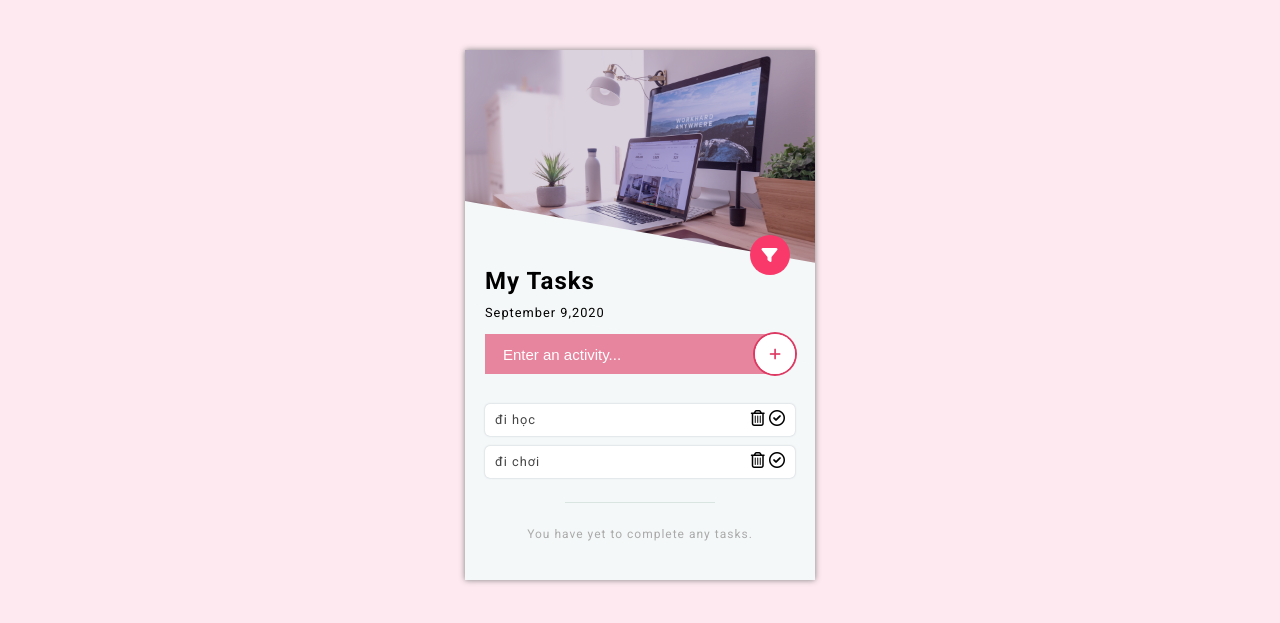
Repository: phongthanhh/JS-ToDoList
Page: index.html
The author's editor kept a copy of each file at every save. The page is drawn from the files as they stood at one save, then again after the next save.
The browser window is 1280 px wide. The pictures show the whole page.

Above is the page before, as saved 2022-12-20 14:23:39.

### index.html
<!DOCTYPE html>
<html lang="en">

<head>
    <meta charset="UTF-8">
    <meta name="viewport" content="width=device-width, initial-scale=1.0">
    <meta http-equiv="X-UA-Compatible" content="ie=edge">
    <title>Document</title>

    <link href="https://fonts.googleapis.com/css?family=Roboto:300,400,700&display=swap" rel="stylesheet">
    <link rel="stylesheet" href="https://cdnjs.cloudflare.com/ajax/libs/font-awesome/6.2.1/css/all.min.css" integrity="sha512-MV7K8+y+gLIBoVD59lQIYicR65iaqukzvf/nwasF0nqhPay5w/9lJmVM2hMDcnK1OnMGCdVK+iQrJ7lzPJQd1w==" crossorigin="anonymous" referrerpolicy="no-referrer" />

    <link rel="stylesheet" href="./css/style.css">
</head>

<body>

    <div class="card">
        <div class="card__header">
            <img src="./img/X2oObC4.png" />
        </div>
        <!-- <h2>hello!</h2> -->
        <div class="card__body">
            <div class="filter-btn">
                <a id="one" href="#"><i class="fa fa-check-circle"></i></a>
                <a id="two" href="#"><i class="fa fa-sort-alpha-down"></i></a>
                <a id="three" href="#"><i class="fa fa-sort-alpha-up"></i></a>
                <a id="all" href="#"><i class="fa fa-clock"></i></a>
                <span class="toggle-btn">
                    <i class="fa fa-filter"></i>
                    <i class="fa fa-times"></i>
                </span>
            </div>
            <div class="card__content">
                <div class="card__title">
                    <h2>My Tasks</h2>
                    <p>September 9,2020</p>

                </div>
                <div class="card__add">
                    <input id="newTask" type="text" placeholder="Enter an activity...">
                    <button id="addItem">
                        <i class="fa fa-plus"></i>
                    </button>
                </div>
                <div class="card__todo">
                    <!-- Uncompleted tasks -->
                    <ul class="todo" id="todo"></ul>
                    <!-- Completed tasks -->
                    <ul class="todo" id="completed"></ul>
                </div>

            </div>

        </div>


    </div>

    <script src="https://code.jquery.com/jquery-3.4.1.js"
        integrity="sha256-WpOohJOqMqqyKL9FccASB9O0KwACQJpFTUBLTYOVvVU=" crossorigin="anonymous"></script>

    <script>
        $(function () {
            $('.toggle-btn').click(function () {
                $('.filter-btn').toggleClass('open');

            });

            $('.filter-btn a').click(function () {
                $('.filter-btn').removeClass('open');

            });

        });
    </script>

    <!-- <script src="./js/ToDo.js"></script>
    <script src="./js/ToDoList.js"></script> -->
    <script type="module" src="./js/main.js"></script>




</body>

</html>

### css/style.css


body {
  font-family: 'Roboto', sans-serif;
  background-color: #FEE9F0;
  font-size: 16px;
}

*{
  margin: 0;
  padding: 0;
  box-sizing: border-box;
}

.card {
  margin: 50px auto;
  background-color: #f5f8f9;
  /* height: 430px; */
  width: 350px;
  box-shadow: 0 0 6px grey;
  overflow: hidden;
  line-height: 2rem;
  letter-spacing: 1px;
}


.card__header {
  height: 215px;
  overflow: hidden;
  position: relative;
}

.card__header img{
  width: 100%;
}

.card__header::after {
  content: '';
  position: absolute;
  left: 0;
  top: 0;
 width: 100%;
 height: 100%;
  background: rgba(71, 32, 84, 0.2);
}

.card__body{
  position: relative;
}
.card__body::before{
  content: '';
  position: absolute;
  top: -35px;
  left: -50px;
  background-color: #f5f8f9;
  height: 100px;
  width: 120%;
  display: block;
  transform: rotate(10deg);

}

.card__content{
  position: relative;
  padding: 0 20px;

}

.card__title p{
  font-size: 0.8rem;
}

/* Filler Button */
.filter-btn {
  position: absolute;
  z-index: 2;
  right: 0;
  width: 40px;
  height: 40px;
  transition: all 0.4s ease-in-out 0s;
}

.filter-btn span i{
  width: 40px;
  height: 40px;
  background: #FA396B;
  display: block;
  position: absolute;
  right: 25px;
  top: -30px;
  text-align: center;
  color: #fff;
  line-height: 40px;
  border-radius: 50%;
  font-size: 1rem;
  z-index: 999;
}
span.toggle-btn:hover{
      cursor: pointer;
}
.filter-btn a {
  position: absolute;
  width: 40px;
  height: 40px;
  line-height: 40px;
  text-align: center;
  right: 25px;
  display: block;
  top: -30px;
  color: #fff;
  z-index: 99;
  font-size: 1.2rem;
  transition: all .4s cubic-bezier(.68, 1, .265, 1)
}

.filter-btn:after {
  height: 150px;
    width: 150px;
    content: '';
    background-color: #FA396B;
    position: absolute;
    top: -86px;
    right: -35px;
    border-radius: 50%;
    transform: scale(0);
    transition: all 0.3s ease-in-out 0s;
}

.filter-btn.open span.toggle-btn i{
  background-color: #DE3963;
}

.filter-btn .fa-times {
  display: none;
}

.filter-btn .fa-filter {
  display: block;
}

.filter-btn.open .fa-times {
  display: block;
}

.filter-btn.open .fa-filter {
  display: none;
}

.open:after {
  transform: scale(1);
}

.filter-btn.open a:nth-child(1) {
  transform: translate(9px, -48px);
}

.filter-btn.open a:nth-child(2) {
  transform: translate(-42px, -26px);
}

.filter-btn.open a:nth-child(3) {
  transform: translate(-39px, 29px);
}

.filter-btn.open a:nth-child(4) {
  transform: translate(6px, 52px);
}

/* Add */
.card__add{

    /* background: #DE3963; */
    display: flex;
  position: relative;

  margin-top: 5px;
}
.card__add input {
  width: 100%;
    height: 40px;
    /* float: left; */
    color: #fff;
    font-size: 15px;
    font-weight: 400;
    text-indent: 18px;
    /* padding: 0 60px 0 0; */
    background: rgba(222, 57, 99, 0.6);
    /* border-radius: 3px; */
    border-top-right-radius: 25px;
    border-bottom-right-radius: 25px;
    border: 0px;
    box-shadow: none;
    outline: none;

}

.card__add input::placeholder{
  color: #fff;
}

.card__add button{

  border: none;
  border-radius: 50%;
  position: absolute;
  top:0;
  right: 0;
  /* width: 40px;
  height: 40px; */
  box-shadow: 0 0 0 2px rgba(222, 57, 99);
  cursor: pointer;
  outline: none;
}
.card__add i{
  width: 40px;
  height: 40px;
  border-radius: 25px;
  background: #fff;
  line-height: 40px;
  color: #DE3963;

}

/* Todo list */
ul.todo {
  list-style: none;

}
ul.todo li {
  display: flex;
  justify-content: space-between;
  width: 100%;
  min-height: 30px;
  font-size: 0.8rem;
  font-weight: 500;
  color: #444;
  background: #fff;
  border-radius: 5px;
  box-shadow: 0px 0px 2px rgba(44, 62, 80, 0.3);
  margin: 0 0 10px 0;
  padding: 0 10px;
  word-break: break-word;
}

ul.todo#todo{
  padding-top: 30px;
}
ul.todo#completed {
  position: relative;
  padding: 30px 0;
}

ul.todo#completed:before {
  content: '';
  width: 150px;
  height: 1px;
  background: #d8e5e0;

  position: absolute;
  top: 14px;
  left: 50%;

  margin: 0 0 0 -75px;
}

ul.todo#todo:empty:after {
  content: 'You have nothing to-do!';
  margin: 15px 0 0 0;
}

ul.todo#completed:empty:after {
  content: 'You have yet to complete any tasks.';
}


ul.todo#todo:after,
ul.todo#completed:after {
  width: 100%;
  display: block;
  text-align: center;
  font-size: 12px;
  color: #aaa;
}

ul.todo li .buttons button {
  background: none;
  border: 0px;
  box-shadow: none;
  outline: none;
  cursor: pointer;
  position: relative;
  padding: 5px 0 5px 5px;
  font-size: 1rem;
}
ul.todo li .buttons .remove{
  color: #aaa;
}
ul.todo li .buttons .remove:hover{
  color: #FA396B;
}

ul.todo li .buttons .complete{
  color: #aaa;

}

ul.todo li .buttons .complete:hover{
  color: #25b99a;
}

ul.todo#todo li .buttons .complete .fas{
  display: none;
}

ul.todo#todo li .buttons .complete .far{
  display: block;
}

ul.todo#completed li .buttons .complete .fas{
  display: block;
  color: #25b99a;
}

ul.todo#completed li .buttons .complete .far{
  display: none;
}

ul.todo#completed span{
  color: #25b99a;
}

.toDoButton button{
  border: none;
  background: transparent;
  cursor: pointer;
}
.toDoButton button i{
  font-size: 1rem;
}
.toDoButton button:first-child:hover {
color: #FA396B;
}
.toDoButton button:last-child:hover {
  color: rgb(19, 170, 19);
  }

### js/main.js
import ToDoList from "./ToDoList.js";

let ToDoListMain = new ToDoList();

const getArr = () => {
    ToDoListMain.renderToDo()

}
getArr()

### js/ToDoList.js
import ToDo from "./ToDo.js";

const getEl = id => document.getElementById(id);

export default class TodoList extends ToDo {

    ToDoArray = [
        {
            id: 1,
            content: 'đi học',
            status: '1'
        },
        {
            id: 2,
            content: 'đi chơi',
            status: '1'
        }
    ]

    renderToDo = () => {
        let getToDo = getEl('todo')
        let contentTodO = ''
        this.ToDoArray.map((item, index) => {
            contentTodO += `
                <li>${item.content}
                <div class='toDoButton' >  <button> <i class="fa-regular fa-trash-can"></i></button> <button> <i class="fa-regular fa-circle-check"></i></button> </div>
                </li>
            `
        })
        getToDo.innerHTML = contentTodO
    }
    addToDo = () => {

    }

}

### js/ToDo.js
class ToDo {
    constructor(id, content, status) {
        this.id = id,
            this.content = content,
            this.status = status
    }
}
export default ToDo

After the next save:
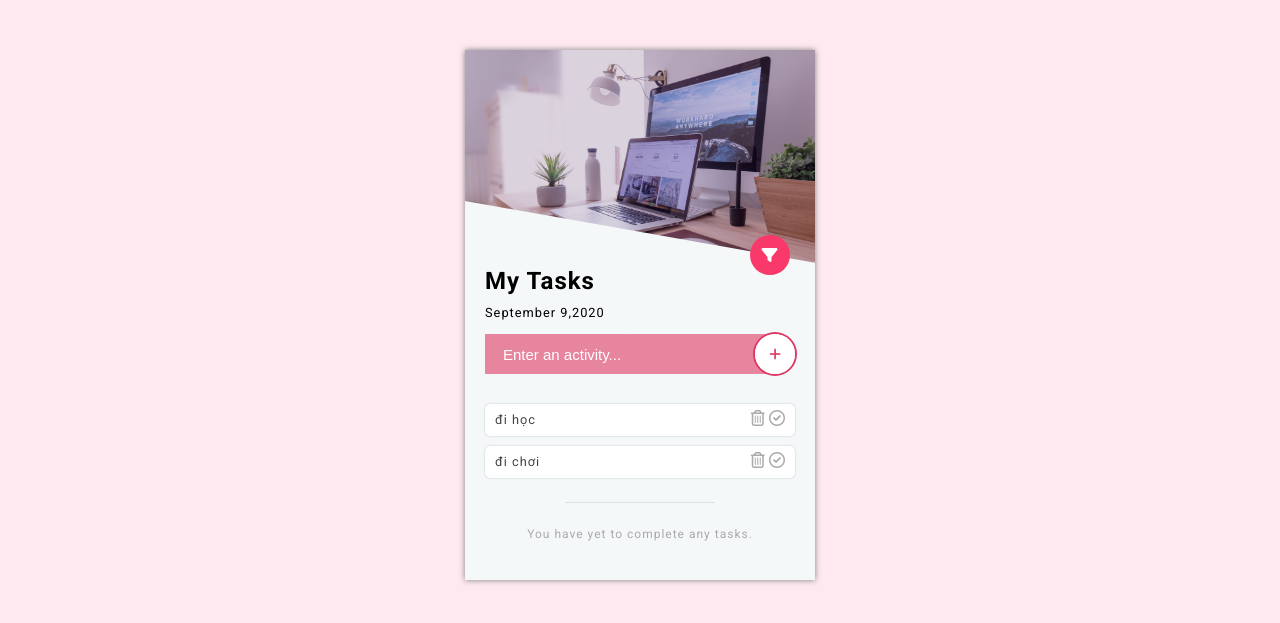
Saved 3 min 10 s later.
--- a/css/style.css
+++ b/css/style.css
@@ -336,6 +336,7 @@ ul.todo#completed span{
 }
 .toDoButton button i{
   font-size: 1rem;
+  color: #aaa;
 }
 .toDoButton button:first-child:hover {
 color: #FA396B;
